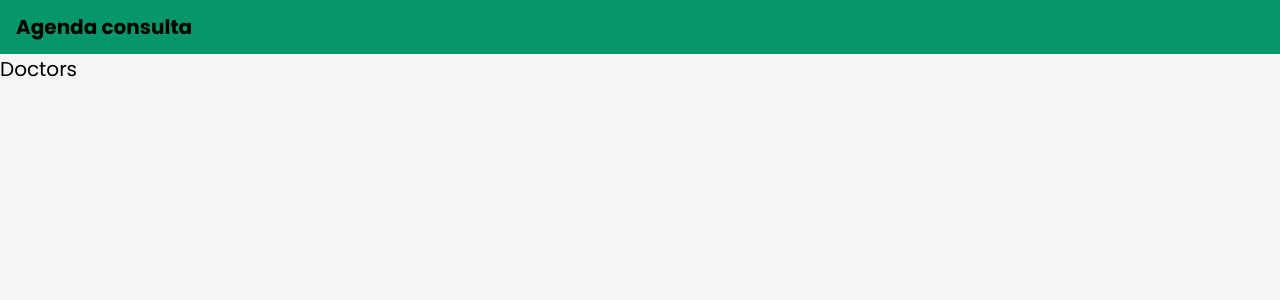
Repository: BarbaraCD/agendaconsulta
Page: /
An editor plug-in stored every save of this project. The page is shown before and after the next save, followed by the edit.
The browser window is 1280 px wide. The pictures show the whole page.
The project was rebuilt for these pictures with package versions that can differ from the ones it lists, and the page was loaded fresh each time. Also part of the build but not shown: vite.config.ts.

Above is the page before, as saved 2023-07-25 15:49:32.

### index.html
<!DOCTYPE html>
<html lang="en">
  <head>
    <meta charset="UTF-8" />
    <link rel="icon" type="image/svg+xml" href="/vite.svg" />
    <meta name="viewport" content="width=device-width, initial-scale=1.0" />

    <link rel="preconnect" href="https://fonts.googleapis.com">
    <link rel="preconnect" href="https://fonts.gstatic.com" crossorigin>
    <link href="https://fonts.googleapis.com/css2?family=Poppins:wght@400;500;700&display=swap" rel="stylesheet">

    <title>Agendamento de Consulta</title>
  </head>
  <body>
    <div id="root"></div>
    <script type="module" src="/src/main.tsx"></script>
  </body>
</html>

### src/main.tsx
import React from 'react'
import ReactDOM from 'react-dom/client'
import App from './App.tsx'
import { ThemeProvider } from 'styled-components'
import { theme } from './styles/Theme.ts'

ReactDOM.createRoot(document.getElementById('root')!).render(
  <React.StrictMode>
    <ThemeProvider theme={theme}>
      <App />
    </ThemeProvider>
  </React.StrictMode>,
)

### src/App.tsx
import './styles/global'
import { Header } from './components/Headers'
import GlobalStyle from './styles/global'
import { Doctors } from './components/Doctors'


function App() {

  return (
    <>
      <GlobalStyle />
      <Header />
      <Doctors
        crm={Doctors.crm}
        name={Doctors.name}
        specialization={Doctors.specialization}/>
    </>
  )
}

export default App

### src/styles/Theme.ts

export const theme = {
  colors: {
    primary: '#059669',
    head: '#059669B3',
    900: '#6A8D73',
    800: '#AFC5A6',
    700: '#F4FDD9',
    100: '#E4FFE1',

    sbcolor: '#DCE2E6',
    gray: '#41414D',
    black: '#000',
    white: '#f5f5f5',
  },

  size: {
    sm: '14px',
    md: '16px',
    lg: '18px',
    xl: '20px',
    xxl: '24px'
  }
}

### src/styles/global.ts
import { createGlobalStyle } from 'styled-components'

export default createGlobalStyle`
  *{
    margin: 0;
    padding: 0;
    box-sizing: border-box;
  }
  body{
    font-family: 'Poppins', sans-serif;
    background: ${(props) => props.theme.colors.white};
    font-size: ${(props) => props.theme.size.xl};
  }
`

### src/components/Headers.tsx
import { styled } from "styled-components"

const Container = styled.div`
  background-color: ${(props) => props.theme.colors.primary};
  padding: 12px 16px;

  font-weight: 700;
`

export function Header(){
  return (
    <Container>
      Agenda consulta
    </Container>
  )
}

### src/components/Doctors.tsx


export type DoctorsProps = {
  name: string
  crm: number
  specialization: string
}

export function Doctors({ name, crm, specialization }: DoctorsProps){

  return(
    <>
      <span>{crm}</span>
      <span>{name}</span>
      <span>{specialization}</span>

    </>
  )
}

After the next save:
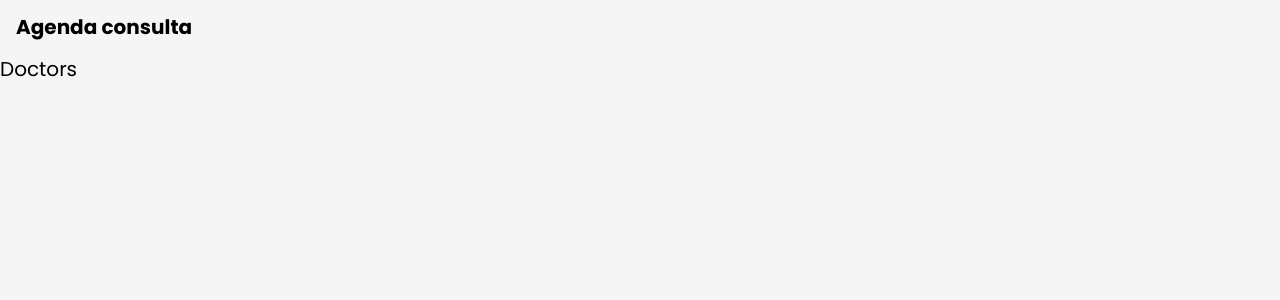
Saved 5 min 55 s later.
--- a/src/components/Headers.tsx
+++ b/src/components/Headers.tsx
@@ -1,7 +1,7 @@
 import { styled } from "styled-components"
 
 const Container = styled.div`
-  background-color: ${(props) => props.theme.colors.primary};
+  background-color: ${(props) => props.theme.colors.white};
   padding: 12px 16px;
 
   font-weight: 700;

After the save that followed:
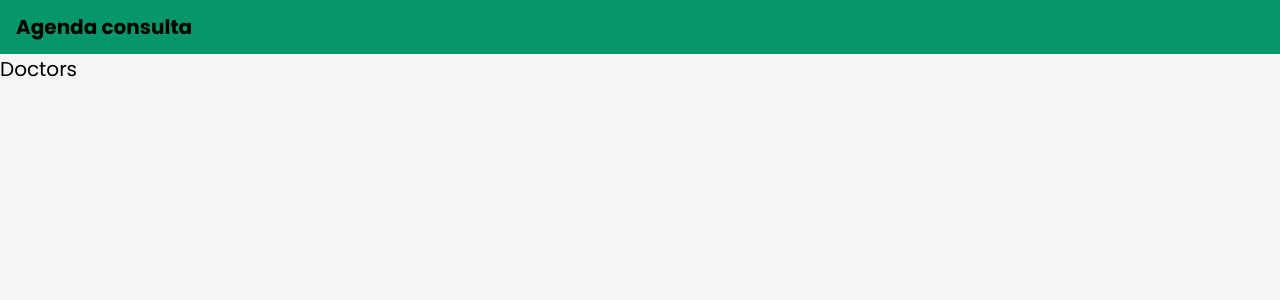
Saved 6 s later.
--- a/src/components/Headers.tsx
+++ b/src/components/Headers.tsx
@@ -1,7 +1,7 @@
 import { styled } from "styled-components"
 
 const Container = styled.div`
-  background-color: ${(props) => props.theme.colors.white};
+  background-color: ${(props) => props.theme.colors.primary};
   padding: 12px 16px;
 
   font-weight: 700;
